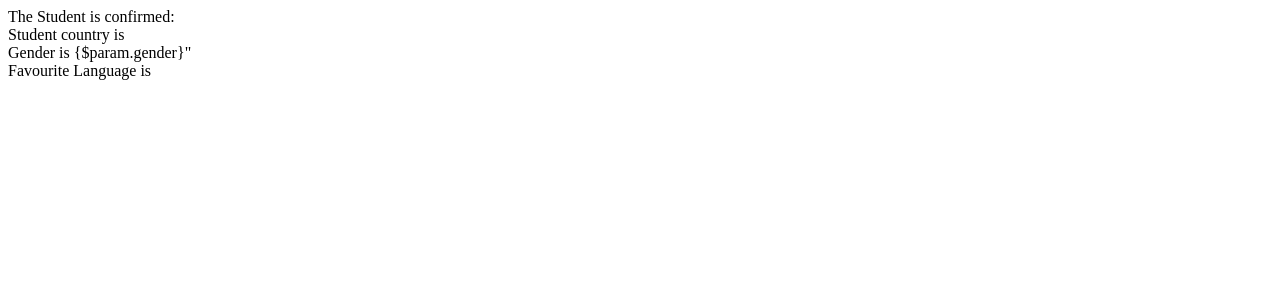
Repository: PuchakayalaVyshnavi/Bootstrap5
Page: http://localhost/jspdemo/student-response.jsp
The author's editor kept a copy of each file at every save. The page is drawn from the files as they stood at one save, then again after the next save.
The browser window is 1280 px wide. The pictures show the whole page.
The page is served by Tomcat 9.

Above is the page before, as saved 2021-08-17 08:37:17.

After the next save:
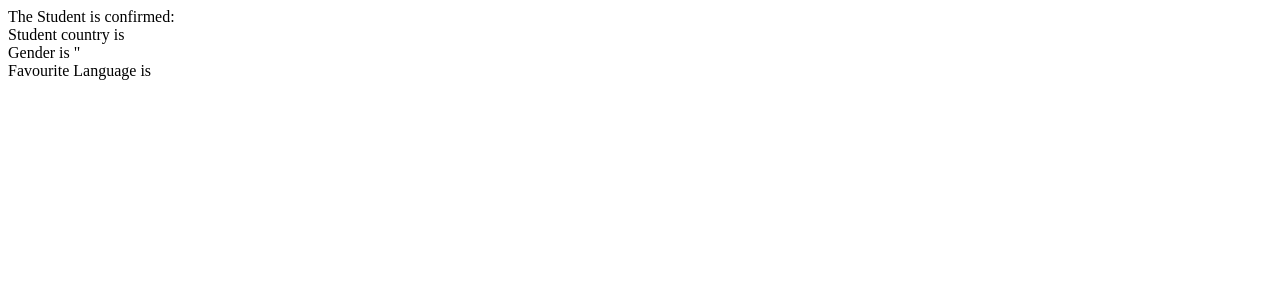
Saved 67 s later.
--- a/Java/jspdemo/src/main/webapp/student-response.jsp
+++ b/Java/jspdemo/src/main/webapp/student-response.jsp
@@ -11,7 +11,7 @@ The Student is confirmed: ${param.firstName}  ${param.lastName}
 <br/>
 Student country is ${param.Country}
 <br/>
-Gender is {$param.gender}"
+Gender is ${param.gender}"
 <br/>
 Favourite Language is ${param.language}
 <br/>
